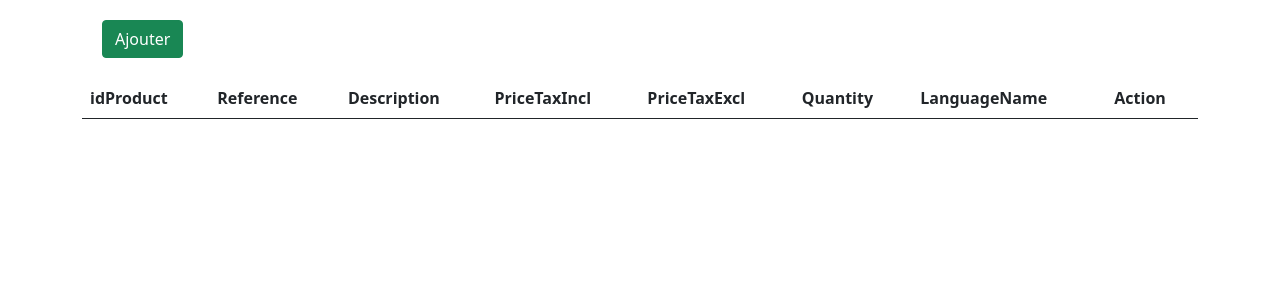
Repository: ahamie71/CrUDPOO
Page: http://localhost/index.php?action=AfficheCrud
The author's editor kept a copy of each file at every save. The page is drawn from the files as they stood at one save, then again after the next save.
The browser window is 1280 px wide. The pictures show the whole page.
The page is run by PHP 8.4 with error messages shown; the project is at /var/www/html/. Queries for data that is not in the repository find no rows.

Above is the page before, as saved 2023-07-25 14:38:48.

### public/index.php
<?php


require_once(dirname(__DIR__) . '/Autoloader.php');

use CrudPOO\Controllers\HomeController;
use CrudPOO\Controllers\ProductController;


if (isset($_GET['action'])) {

    $action = $_GET['action'];

    switch ($action) {

        case 'Home';
            $controller = new HomeController();
            $controller->Home();
            break;

         case'AfficheCrud';
         $controller = new ProductController();
         $controller->DisplayProducts();
         break;
         case'createProduct';
         $controller = new ProductController();
         $controller->addProduct();
         break;
         case'cat';
         $controller = new ProductController();
         $controller->addProduct();
         break;


    }


} else {
    $home = new HomeController();
    $home->Home();
}
;

### Autoloader.php
<?php


spl_autoload_register(function ($className) {

    $className = str_replace("CrudPOO\\", '', $className);
    $className = str_replace("\\", '/', $className);
    require_once(__DIR__ . "/src/$className.php");

});

### src/Controllers/ProductController.php
<?php

namespace  CrudPOO\Controllers;

use CrudPOO\Entity\Language;
use CrudPOO\Entity\Product;
use CrudPOO\Model\ProductRepository;
use CrudPOO\Model\LanguageRepository;


Class ProductController extends AbstractController
{


    public function getLanguages(){

        $languageRepository = new LanguageRepository();
        $languages = $languageRepository->getAllLanguages();

        // Debug the $languages array
        var_dump($languages);


    }
    public function DisplayProducts()
    {


      $productRepository = new ProductRepository;
      $products = $productRepository->getProducts();
      $this->render($products);

    }

   public  function addProduct()
{


    if (
        empty($_POST['reference']) ||
        empty($_POST['description']) ||
        empty($_POST['priceTaxIncl']) ||
        empty($_POST['priceTaxExcl']) ||
        empty($_POST['quantity'])
    ) {
        $error = 'Please fill in all the required fields.';
    } else {

        $reference = $_POST['reference'];
        $description = $_POST['description'];
        $priceTaxIncl = $_POST['priceTaxIncl'];
        $priceTaxExcl = $_POST['priceTaxExcl'];
        $quantity = $_POST['quantity'];
        $idLang = $_POST['cat'];

        $produit = new Product();
        $productRepository = new ProductRepository;

        $produit = $productRepository->createProduct($reference, $description, $priceTaxIncl, $priceTaxExcl, $idLang, $quantity);

        if ($produit) {
            header('location:index.php?action=AfficheCrud');
            exit();
        } else {

            $error = 'Failed to create product.';
        }
    }

    require_once(dirname(__FILE__, 2) . '/View/AddProduct.php');
}




}

### src/Controllers/AbstractController.php
<?php

namespace CrudPOO\Controllers;

abstract class AbstractController
{
    public function render($products)
    {
        require_once(dirname(__FILE__,2) . '/View/CrudPage.php');

    }

}

### src/Model/ProductRepository.php
<?php
namespace CrudPOO\Model;


use PDO;
use CrudPOO\Entity\Database;

class ProductRepository
{
    public function getProducts()
    {
        $bdd = new Database();
        $req =" SELECT products.idLang, products.idProduct , products.reference, products.description,products.priceTaxIncl,products.priceTaxExcl,products.quantity,languages.LanguageName FROM products
        LEFT JOIN languages ON products.idLang = languages.idLang";
        $stmt = $bdd->getPDO()->prepare($req);
        $stmt->setFetchMode(PDO::FETCH_CLASS, 'CrudPOO\Entity\Product');
        $stmt->execute();
        $products = $stmt->fetchAll();
        return $products;
    }



//     public function getPostById($id)
//     {
//         $bdd = new Database();
//         $req = "SELECT Post.user_id, Post.id , Post.image, Post.created_at,Post.title,Post.content,User.username FROM Post
//         LEFT JOIN User ON Post.user_id = user.id
//          WHERE Post.id =  $id";
//         $stmt = $bdd->getPDO()->prepare($req);
//         $stmt->setFetchMode(PDO::FETCH_CLASS, 'Foot\Entity\Post');
//         $stmt->execute();
//         $post = $stmt->fetch();
//         return $post;
//     }

function createProduct($reference, $description, $priceTaxIncl, $priceTaxExcl, $idLang, $quantity)
{

    $bdd = $bdd = new Database();


    $query = $bdd->getPDO()->prepare("INSERT INTO products (reference, description, priceTaxIncl, priceTaxExcl, idLang, quantity) VALUES (?, ?, ?, ?, ?, ?)");


    $query->execute([
        $reference,
        $description,
        $priceTaxIncl,
        $priceTaxExcl,
        $idLang,
        $quantity
    ]);


    if ($query->rowCount() > 0) {
        return true;
    } else {
        return false;
    }
}
}

//     public function RemovePost($id)
//     {
//         $bdd = new Database();
//         $sql = "DELETE FROM Post WHERE id= $id";
//         $delet = $bdd->getPDO()->prepare($sql);
//         $delet->execute();
//     }

//     public function editPost($content, $id, $title)
//     {
//         $bdd = new Database();
//         $update = $bdd->getPDO()->prepare("UPDATE  Post SET content=:content , title=:title WHERE id = $id");
//         $update->execute(
//             array(
//                 ':content' => $content,
//                 ':title' => $title
//             )
//         );
//     }
// }

### src/Entity/database.php
<?php

namespace  CrudPOO\Entity;

use PDO;
class Database
{
  private $host = "localhost";
  private $db_name = "CrudProduit";
  private $username = "ronaldo";
  private $password = "123";
  private $pdo;

  public function __construct($db_name = 'CrudProduit', $username = 'ronaldo', $password = '123', $host = 'localhost')
  {
    $this->$db_name = $db_name;
    $this->$username = $username;
    $this->$password = $password;
    $this->$host = $host;
  }

  public function getPDO()
  {
    if ($this->pdo == null) {
      $pdo = new PDO('mysql:dbname=CrudProduit;host=localhost', 'ronaldo', '123');
      $pdo->setAttribute(PDO::ATTR_ERRMODE, PDO::ERRMODE_EXCEPTION);
      $this->pdo = $pdo;
    }

    return $this->pdo;
  }

  public function query($statement)
  {
    $req = $this->getPDO()->query($statement);
    $datas = $req->fetchAll(PDO::FETCH_OBJ);
    return $datas;
  }
}

### src/Entity/Product.php
<?php

namespace  CrudPOO\Entity;


use CrudPOO\Entity\Language;

Class Product

{
    private $idProduct;
    private $reference;
    private $description;
    private $priceTaxIncl;
    private $priceTaxExcl;
    private $quantity ;
    private int $idLang;

    private $LanguageName;
    /**
     * Get the value of idProduct
     */
    public function getIdProduct()
    {
        return $this->idProduct;
    }

    /**
     * Set the value of idProduct
     */
    public function setIdProduct($idProduct): self
    {
        $this->idProduct = $idProduct;

        return $this;
    }

    /**
     * Get the value of reference
     */
    public function getReference()
    {
        return $this->reference;
    }

    /**
     * Set the value of reference
     */
    public function setReference($reference): self
    {
        $this->reference = $reference;

        return $this;
    }

    /**
     * Get the value of description
     */
    public function getDescription()
    {
        return $this->description;
    }

    /**
     * Set the value of description
     */
    public function setDescription($description): self
    {
        $this->description = $description;

        return $this;
    }

    /**
     * Get the value of priceTaxIncl
     */
    public function getPriceTaxIncl()
    {
        return $this->priceTaxIncl;
    }

    /**
     * Set the value of priceTaxIncl
     */
    public function setPriceTaxIncl($priceTaxIncl): self
    {
        $this->priceTaxIncl = $priceTaxIncl;

        return $this;
    }

    /**
     * Get the value of priceTaxExcl
     */
    public function getPriceTaxExcl()
    {
        return $this->priceTaxExcl;
    }

    /**
     * Set the value of priceTaxExcl
     */
    public function setPriceTaxExcl($priceTaxExcl): self
    {
        $this->priceTaxExcl = $priceTaxExcl;

        return $this;
    }

    /**
     * Get the value of quantity
     */
    public function getQuantity()
    {
        return $this->quantity;
    }

    /**
     * Set the value of quantity
     */
    public function setQuantity($quantity): self
    {
        $this->quantity = $quantity;

        return $this;
    }

    /**
     * Get the value of idLang
     */
    public function getIdLang(): int
    {
        return $this->idLang;
    }

    /**
     * Set the value of idLang
     */
    public function setIdLang(int $idLang): self
    {
        $this->idLang = $idLang;

        return $this;
    }

/**
  * Get the value of LanguageName
  */
  public function getLanguageName()
  {
   return $this->LanguageName;
  }

  /**
   * Set the value of LanguageName
   */
  public function setLanguageName($LanguageName): self
  {
   $this->LanguageName = $LanguageName;

   return $this;
  }
}

### src/View/CrudPage.php
<!DOCTYPE html>
<html lang="en">
<head>
    <meta charset="UTF-8">
    <meta http-equiv="X-UA-Compatible" content="IE=edge">
    <meta name="viewport" content="width=device-width, initial-scale=1.0">
    <link href="https://cdn.jsdelivr.net/npm/bootstrap@5.0.2/dist/css/bootstrap.min.css" rel="stylesheet" integrity="sha384-EVSTQN3/azprG1Anm3QDgpJLIm9Nao0Yz1ztcQTwFspd3yD65VohhpuuCOmLASjC" crossorigin="anonymous">
    <link rel="stylesheet" href="https://cdnjs.cloudflare.com/ajax/libs/font-awesome/5.15.3/css/all.min.css">
    <title>Document</title>
</head>
<body>
    <div class ="container">

    <a href="index.php?action=createProduct" class="btn btn-success"style="margin:20px">Ajouter</a>
<table class="table">
  <thead>
    <tr>
      <th scope="col">idProduct</th>
      <th scope="col">Reference</th>
      <th scope="col">Description</th>
      <th scope="col">PriceTaxIncl</th>
      <th scope="col">PriceTaxExcl</th>
      <th scope="col">Quantity</th>
      <th scope="col">LanguageName</th>

      <th>Action</th>
    </tr>
  </thead>
    <tbody>
        <?php
        foreach($products as $produit){
            ?>
            <tr>
                <td><?= $produit->getIdProduct() ?></td>
                <td><?= $produit->getReference() ?></td>
                <td><?= $produit->getDescription() ?></td>
                <td><?= $produit->getPriceTaxIncl() ?></td>
                <td><?= $produit->getPriceTaxExcl() ?></td>
                <td><?= $produit->getQuantity()?></td>
                <td><?= $produit->getLanguageName()?></td>

                <td>
                <a href="" class="m-2">

							<i class="fa fa-edit fa-2x"></i>
						</a>
                        <a href= ""class="m-2">
                        <i class="fa fa-trash fa-2x red-icon"></i>
						</a>


                </td>
            </tr>
            <?php
        }
        ?>

    </tbody>
</table>

After the next save:
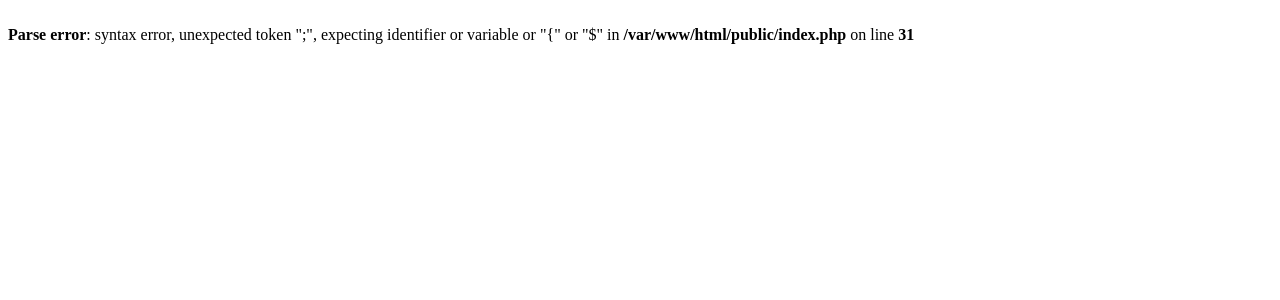
Saved 6 s later.
--- a/public/index.php
+++ b/public/index.php
@@ -28,7 +28,7 @@
          break;
          case'cat';
          $controller = new ProductController();
-         $controller->addProduct();
+         $controller->;
          break;
 
 

After the save that followed:
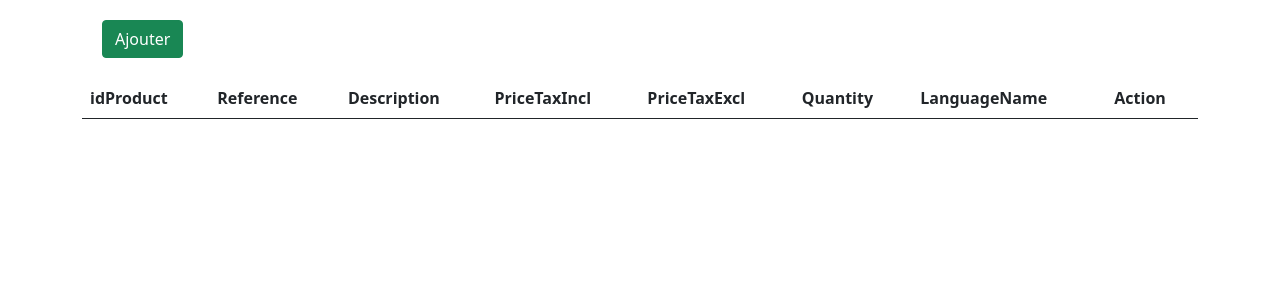
Saved 13 s later.
--- a/public/index.php
+++ b/public/index.php
@@ -28,7 +28,7 @@
          break;
          case'cat';
          $controller = new ProductController();
-         $controller->;
+         $controller->getLanguages();
          break;
 
 
